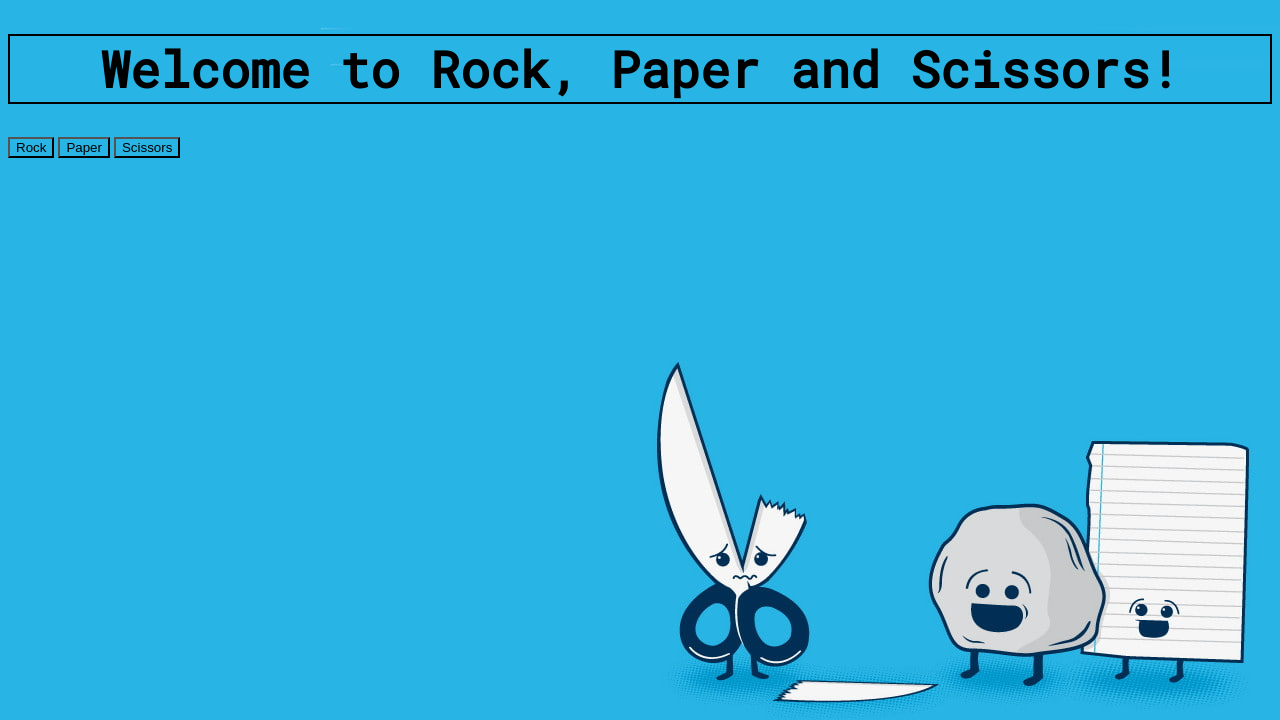
Repository: Ascendrospyder/rock-paper-scissors
Page: app.html
These files come from the project's save history. The page is drawn as it stood at one moment and after a run of saves; the edit follows.
The browser window is 1280 px wide. The pictures show the whole page.

Above is the page before, as saved 2022-12-21 01:55:16.

After the next 2 saves:
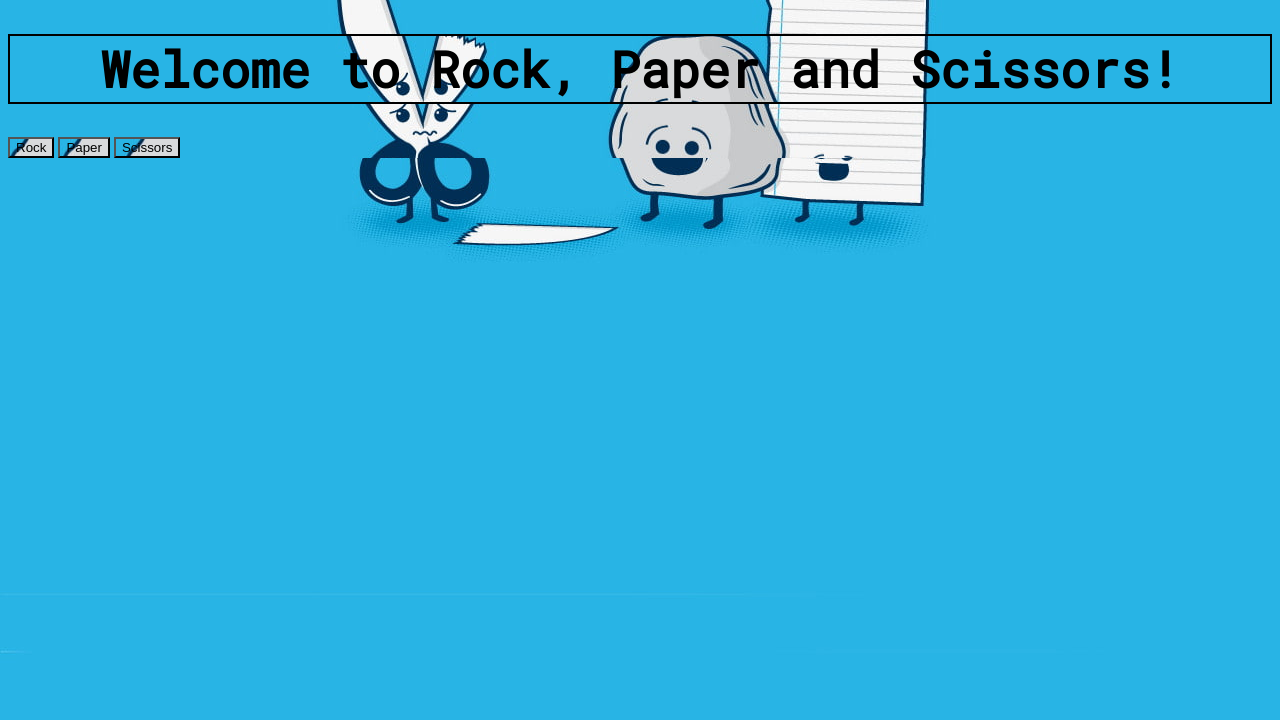
The 2 saves are shown as one change because they came seconds apart.
The last was saved 65 s later.
--- a/style.css
+++ b/style.css
@@ -1,6 +1,6 @@
 * {
     background-image: url(resources/images/wallpaper.jpg);
-    background-size: ;
+    background-position: center;
 }
 
 .title {

After the 2 saves that followed:
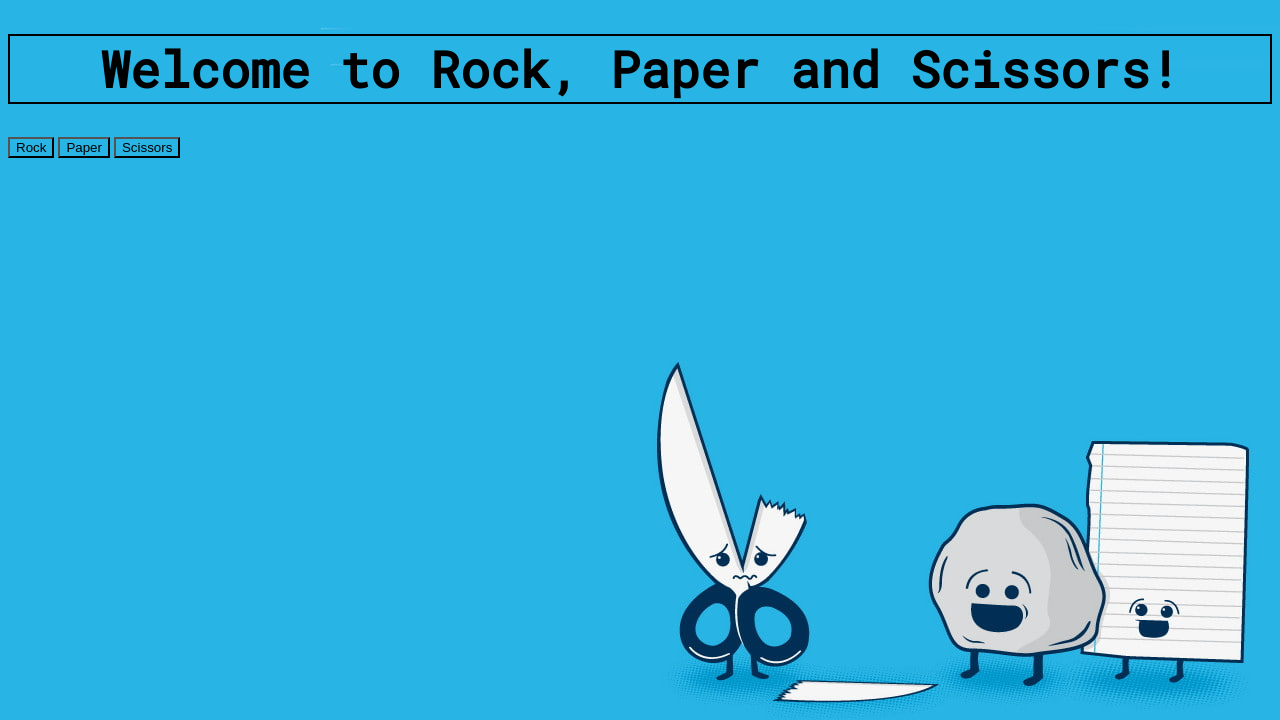
The 2 saves are shown as one change because they came seconds apart.
The last was saved 12 s later.
--- a/style.css
+++ b/style.css
@@ -1,6 +1,6 @@
 * {
     background-image: url(resources/images/wallpaper.jpg);
-    background-position: center;
+    background-size: auto;
 }
 
 .title {
